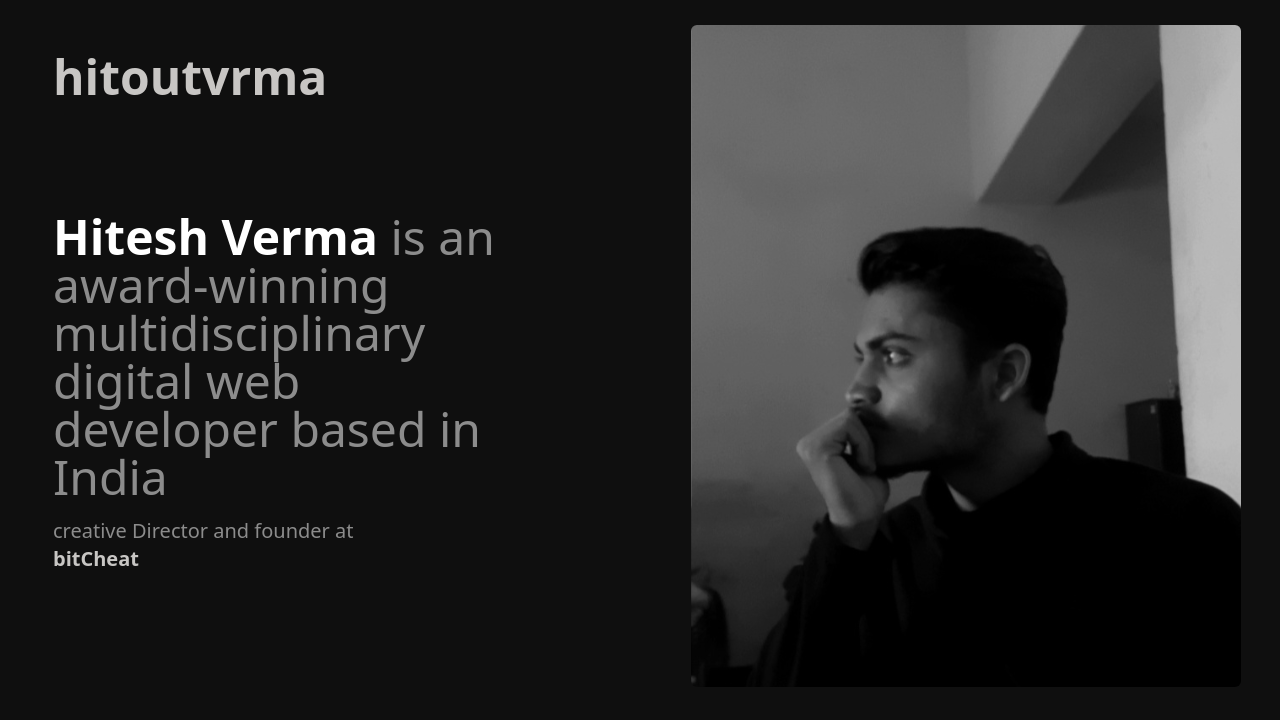
Repository: hitoutvrma/portfolio
Page: /
An editor plug-in stored every save of this project. The page is shown before and after the next save, followed by the edit.
The browser window is 1280 px wide. The pictures show the whole page.
The project was rebuilt for these pictures with package versions that can differ from the ones it lists, and the page was loaded fresh each time. Also part of the build but not shown: vite.config.js.

Above is the page before, as saved 2025-03-07 01:05:18.

### src/index.css
@import "tailwindcss";
body{
    background-color: #0f0f0f;
    color: #c8c6c4;
    padding: 25px;
}

### src/App.jsx
import React from 'react'

function App() {
  return (
    <div className=''>
      <div className="sm:flex">
      <div className='hero sm:p-7 sm:text-5xl text-[7.7vw] w-[80vw] sm:w-[40vw]'>
      <logo className='text-4xl sm:text-5xl font-semibold'>hitoutvrma</logo>
        <p className='mt-28 text-[#8c8c8c]'><span className='text-white font-semibold'>Hitesh Verma</span> is an award-winning multidisciplinary digital web developer based in India</p>

        <div className='text-xl pt-4'>
          <p className='text-[#8c8c8c]'>creative Director and founder at </p>
          <p className='font-semibold'>bitCheat</p>
        </div>
        </div>
        <div style={{ backgroundImage: "url('/user.jpg')" }} className='sm:ml-[12vw] bg-cover bg-center w-[43vw] h-[92vh]  bg-[#3a3a3a] rounded-md'>
        </div>
      </div>

    </div>
  )
}

export default App

Loaded but not shown: index.html (common file); src/main.jsx (common file)

After the next save:
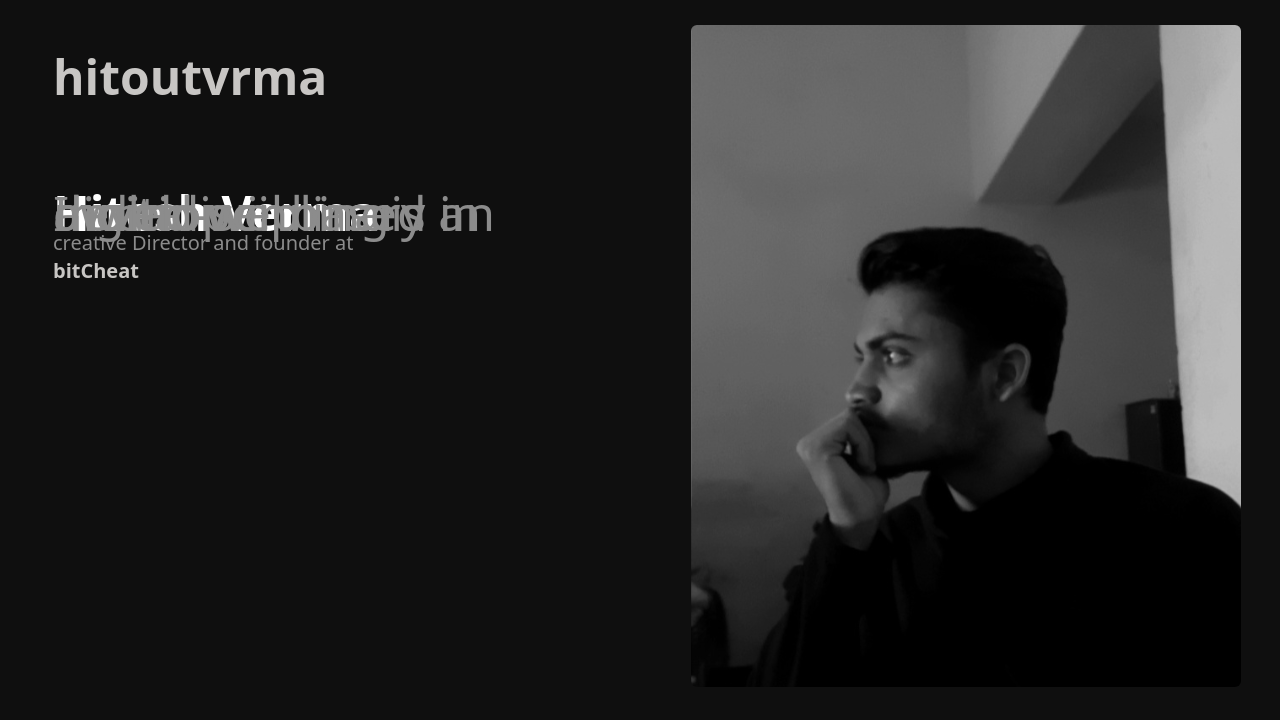
Saved 23 s later.
--- a/src/App.jsx
+++ b/src/App.jsx
@@ -6,7 +6,7 @@
       <div className="sm:flex">
       <div className='hero sm:p-7 sm:text-5xl text-[7.7vw] w-[80vw] sm:w-[40vw]'>
       <logo className='text-4xl sm:text-5xl font-semibold'>hitoutvrma</logo>
-        <p className='mt-28 text-[#8c8c8c]'><span className='text-white font-semibold'>Hitesh Verma</span> is an award-winning multidisciplinary digital web developer based in India</p>
+        <p className='mt-28 leading-0 text-[#8c8c8c]'><span className='text-white font-semibold'>Hitesh Verma</span> is an award-winning multidisciplinary digital web developer based in India</p>
 
         <div className='text-xl pt-4'>
           <p className='text-[#8c8c8c]'>creative Director and founder at </p>

After the save that followed:
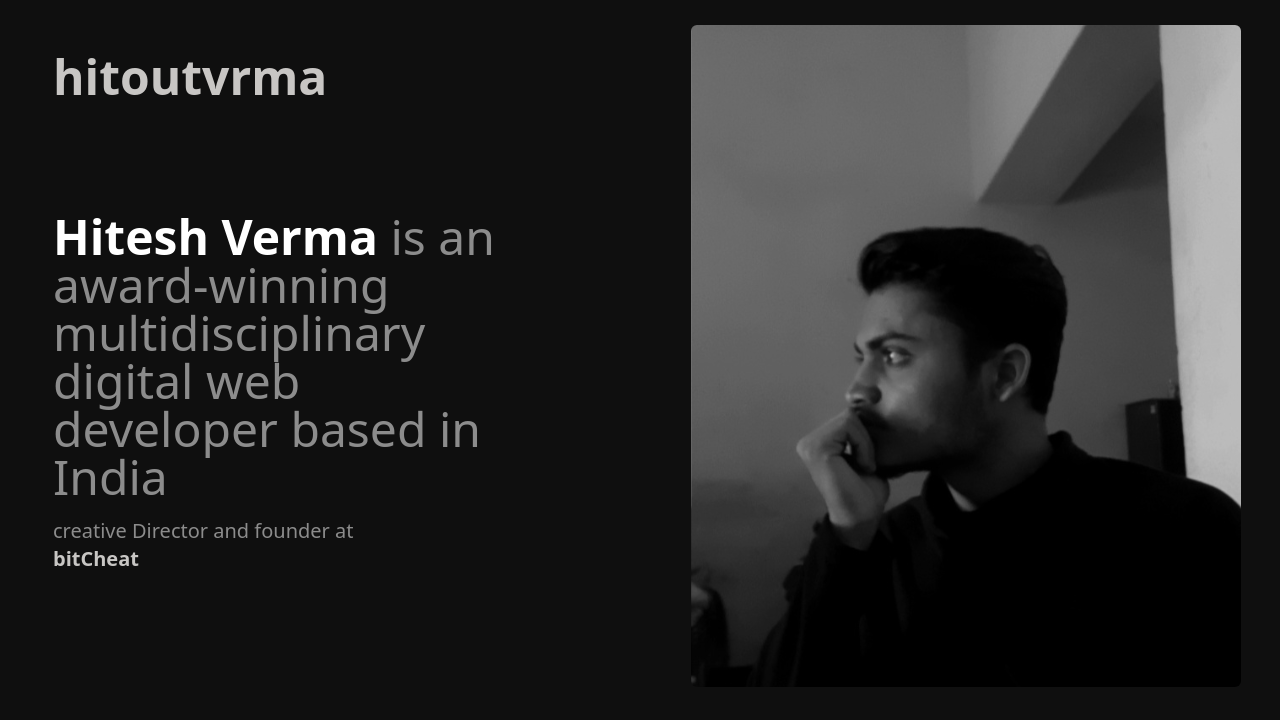
Saved 4 s later.
--- a/src/App.jsx
+++ b/src/App.jsx
@@ -6,7 +6,7 @@
       <div className="sm:flex">
       <div className='hero sm:p-7 sm:text-5xl text-[7.7vw] w-[80vw] sm:w-[40vw]'>
       <logo className='text-4xl sm:text-5xl font-semibold'>hitoutvrma</logo>
-        <p className='mt-28 leading-0 text-[#8c8c8c]'><span className='text-white font-semibold'>Hitesh Verma</span> is an award-winning multidisciplinary digital web developer based in India</p>
+        <p className='mt-28 leading-none text-[#8c8c8c]'><span className='text-white font-semibold'>Hitesh Verma</span> is an award-winning multidisciplinary digital web developer based in India</p>
 
         <div className='text-xl pt-4'>
           <p className='text-[#8c8c8c]'>creative Director and founder at </p>
